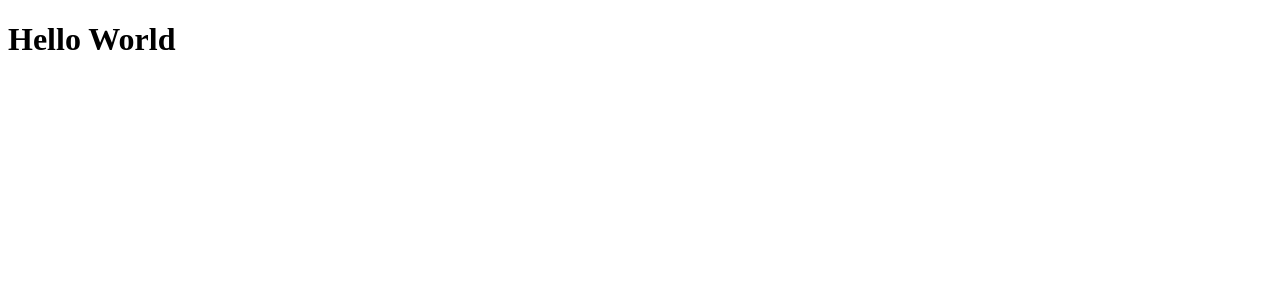
Repository: doncsar/couse-jobfinder-app
Page: templates/index.html
The author's editor kept a copy of each file at every save. The page is drawn from the files as they stood at one save, then again after the next save.
The browser window is 1280 px wide. The pictures show the whole page.

Above is the page before, as saved 2023-12-17 10:29:45.

After the next save:
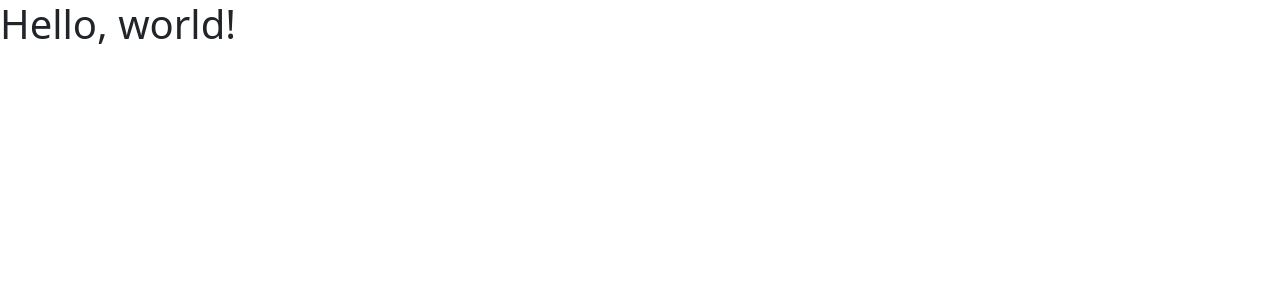
Saved 116 s later.
--- a/templates/index.html
+++ b/templates/index.html
@@ -4,8 +4,10 @@
    <meta charset="UTF-8">
    <meta name="viewport" content="width=device-width, initial-scale=1.0">
    <title>Job Finder</title>
-</head>
-<body>
-   <h1>Hello World</h1>
-</body>
+    <link href="https://cdn.jsdelivr.net/npm/bootstrap@5.2.3/dist/css/bootstrap.min.css" rel="stylesheet" integrity="sha384-rbsA2VBKQhggwzxH7pPCaAqO46MgnOM80zW1RWuH61DGLwZJEdK2Kadq2F9CUG65" crossorigin="anonymous">
+  </head>
+  <body>
+    <h1>Hello, world!</h1>
+    <script src="https://cdn.jsdelivr.net/npm/bootstrap@5.2.3/dist/js/bootstrap.bundle.min.js" integrity="sha384-kenU1KFdBIe4zVF0s0G1M5b4hcpxyD9F7jL+jjXkk+Q2h455rYXK/7HAuoJl+0I4" crossorigin="anonymous"></script>
+  </body>
 </html>
